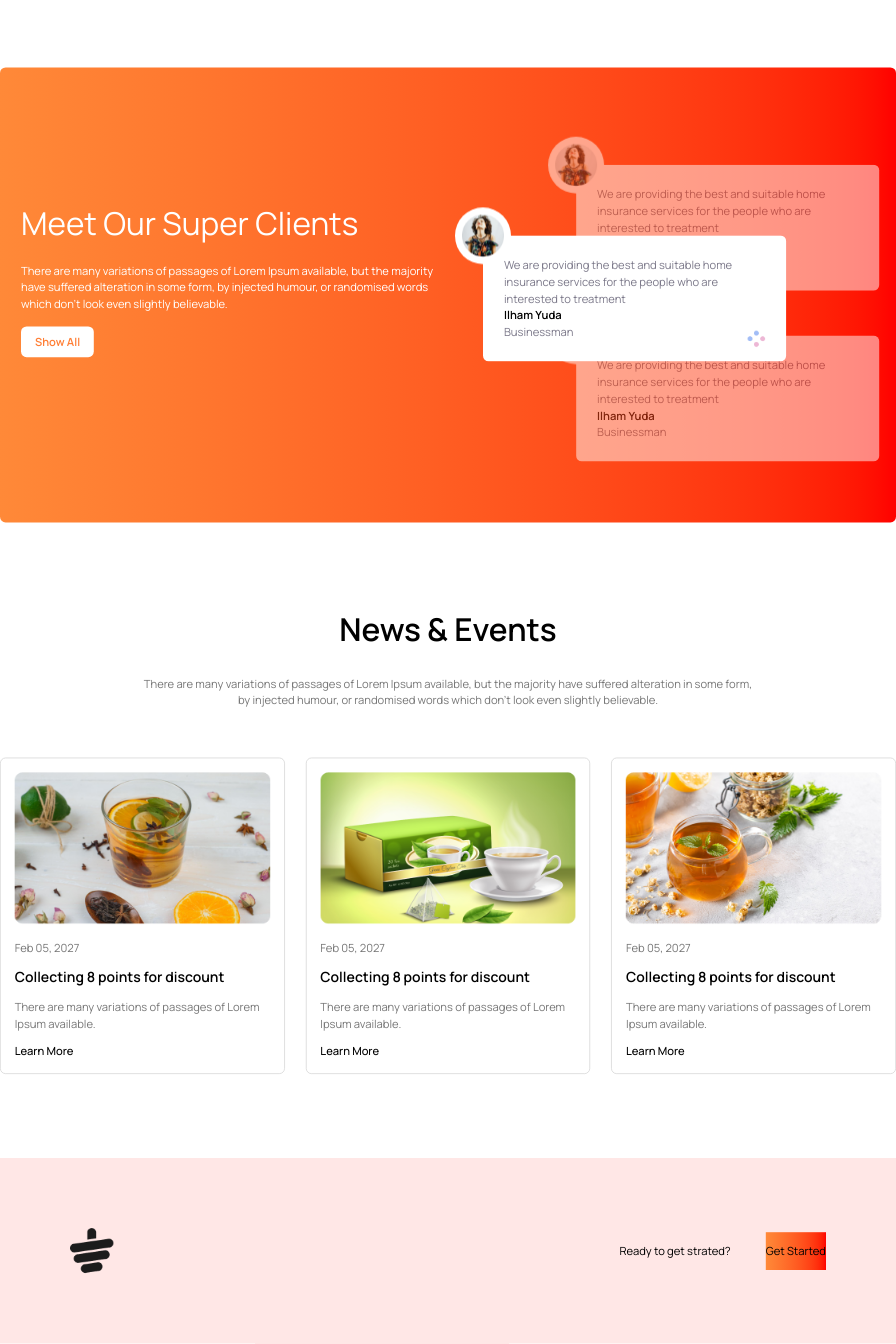
Repository: nahid-hasann/website-9
Page: index.html
The author's editor kept a copy of each file at every save. The page is drawn from the files as they stood at one save, then again after a run of saves.
The browser window is 1280 px wide. The pictures show the part of the page from y = 1955 to 3875 px (the page is 3875 px tall), at 70% of full size.
Some web libraries are served in a nearby version.

Above is the page before, as saved 2025-08-17 21:13:41.

### index.html
<!DOCTYPE html>
<html lang="en">
<head>
    <meta charset="UTF-8">
    <meta name="viewport" content="width=device-width, initial-scale=1.0">
    <title>Tea House</title>
    <script src="https://cdn.jsdelivr.net/npm/@tailwindcss/browser@4"></script>
    <link rel="stylesheet" href="style.css">
    <link rel="stylesheet" href="https://cdnjs.cloudflare.com/ajax/libs/font-awesome/7.0.0/css/all.min.css" integrity="sha512-DxV+EoADOkOygM4IR9yXP8Sb2qwgidEmeqAEmDKIOfPRQZOWbXCzLC6vjbZyy0vPisbH2SyW27+ddLVCN+OMzQ==" crossorigin="anonymous" referrerpolicy="no-referrer" />

</head>
<body class="manrope-font">

<section class="banner-main-section max-w-[1300px]  flex flex-col md:flex-row  mx-auto  justify-between items-center">
    <div class="left-div">
        <h1 class="md:text-[80px] font-semibold text-[40px]">It's good <br> tea time at The <br> Tea House</h1>
        <p class="text-[18px] text-[#777777]">Tea and Botanical Solutions Supplier Give Optimum <br> Satisfaction To Your Taste Buds.</p>
        <button class="bg-[#ff2710] text-[#fff3f1] btn-1 bg-gradient-to-r from-[#FF8938] to-[#FF0000]">Explor More <i class="fa-solid fa-arrow-right -rotate-45"></i> </button>
    </div>
    <div class="right-div relative">
        <img src="images/banner.png" alt="">
        <div class="ratting bg-[#ffffff] shadow-2xl flex gap-2 items-center w-[230px] justify-center py-[15px] absolute bottom-[25px] left-[110px] rounded-[8px]">
              <div>
                <i class="fa-solid fa-star text-yellow-500 text-[23px]"></i>
              </div>
              <div>
                <h1 class="font-bold text-[23px]">5.00</h1>
                <p class="text-[#777777]">Trust Pilot Ratings</p>
              </div>
        </div>
    </div>
</section>

<section class="featured-section max-w-[1300px]  mx-auto my-[120px]">
     <div class="futured-text">
         <h1 class="md:text-[45px] text-[30px] font-semibold text-center">Our Featured Products</h1>
         <p class="text-[16px] text-[#777777] text-center my-[20px] md:w-[900px] mx-auto">There are many variations of passages of Lorem Ipsum available, but the majority have suffered alteration in some form, by injected humour, or randomised words which don't look even slightly believable. </p>
     </div>
     <div class="product-card flex flex-col md:flex-row gap-[30px] justify-center items-center ">
        <div class="card">
             <img src="images/tea-1.png" alt="">
             <h1>Milk Tea</h1>
             <p>Creamer could be replaced by fresh milk</p>
        </div>
        <div class="card">
             <img src="images/tea-2.png" alt="">
             <h1>Black Tea</h1>
             <p>Creamer could be replaced by fresh milk</p>
        </div>
        <div class="card">
             <img src="images/tea-3.png" alt="">
             <h1>Lemon Tea</h1>
             <p>Creamer could be replaced by fresh milk</p>
        </div>
        <div class="card">
             <img src="images/tea-4.png" alt="">
             <h1>Green Tea</h1>
             <p>Creamer could be replaced by fresh milk</p>
        </div>
     </div>
</section>

<section class="great-tea-section max-w-[1300px] mx-auto mb-[120px]">
    <div class="great-tea-main-section flex flex-col justify-center items-center md:flex-row gap-[50px]">
        <div class="div-left grid grid-cols-1 md:grid-cols-2  grid-rows-3 gap-[50px] max-w-[50%] ">
             <div class="grid-layout  bg-gradient-to-r from-[#ffe7e6] to-[#fff3eb] rounded-lg"></div>
             <div class="grid-layout row-span-2 bg-[#eef1eb] p-5 flex justify-center items-center rounded-lg">
                <img src="images/fresh-2.png" alt=""></div>
             <div class="grid-layout row-span-2 bg-[#fcf6e9] p-5 flex justify-center items-center rounded-lg" >
                <img src="images/fresh-1.png" alt=""></div>
             <div class="grid-layout bg-gradient-to-r from-[#D9D9D9] to-[#FFFFFF] rounded-lg"></div>
        </div>
        <div class="div-right max-w-[50%]">
           <h1 class="text-[45px] font-semibold text-center md:text-left">Great Tea, Freshly <br> Presented</h1>
           <p class="text-[16px] text-[#777777] my-[17px] text-center md:text-left">The meaning of gong cha is chanese is to provide the best tea to emperor from all possessions . It represents the highest quality and self expectation. Establishing in 2006, Gong cha had been deeply appreciated by its custoers  because of good words of mouth and unique customized service orginated from Taiwan.</p>
           <h4 class="text-[20px ] font-semibold mb-[14px] text-center md:text-left">Unique Taste</h4>
           <p class="mb-[17px] text-[#777777] text-center md:text-left">A Unique and different style from other teapots gives a <br> luxurious and minimalist impression</p>
           <h4 class="text-[20px ] font-semibold mb-[14px] text-center md:text-left">Premium Quality</h4>
           <p class="text-[#777777] text-center md:text-left">Premium Quality that makes tea more elegant and more <br> durable when you use it.</p>
        </div>
    </div>
</section>

<section class="review-section max-w-[1300px] bg-gradient-to-r from-[#FF8938] to-[#FF0000] mx-auto p-[30px] rounded-lg mb-[120px]  md:max-h-[650px] h-[1000px]">
     <div class="review-section-main-div grid grid-cols-1 md:grid-cols-2 ">
        <div class="left-review-text md:my-[160px] my-[20px]">
         <h1 class=" text-[45px] text-white md:text-left text-center">Meet Our Super Clients</h1>
         <p class="text-[16px] text-white my-[30px] md:my-[20px] md:text-left text-center">There are many variations of passages of Lorem Ipsum available, but the majority have suffered alteration in some form, by injected humour, or randomised words which don't look even slightly believable. </p>
         <button class="btn-2 bg-white text-[#ff7d33] py-[10px] px-[20px] rounded-lg font-semibold md:ml-0 ml-[155px]"> Show All </button>
        </div>
        <div class="right-review-card relative grid items-center justify-center">
            <div class="review-card bg-white p-[30px] top-[210px]  left-[50px] md:max-w-[433px]  w-[70vw] absolute grid justify-center items-center rounded-lg z-999">
                <p class="text-[#7c798a]">We are providing the best and suitable home insurance services for the people who are interested to treatment</p>
            <h4 class="font-semibold">Ilham Yuda</h4>
            <p class="text-[#7c798a]">Businessman</p>
            <div class="review-img absolute -top-[40px] -left-[40px] bg-white p-[10px] rounded-[50%]">
                <img src="images/client.png" alt="">
            </div>
            <img src="images/circles.png" class="absolute right-[30px] bottom-[20px]" alt="">
            </div>
            <div class="review-card bg-white p-[30px] md:max-w-[433px] w-[70vw]  absolute grid justify-center items-center rounded-lg md:top-[20%] md:left-[30%] opacity-[0.5] top-[-40px] left-[100px]">
                <p class="text-[#7c798a]">We are providing the best and suitable home insurance services for the people who are interested to treatment</p>
            <h4 class="font-semibold">Ilham Yuda</h4>
            <p class="text-[#7c798a]">Businessman</p>
            <div class="review-img absolute -top-[40px] -left-[40px] bg-white p-[10px] rounded-[50%]">
                <img src="images/client.png" alt="">
            </div>
            </div>
            <div class="review-card bg-white p-[30px] md:max-w-[433px] w-[70vw]  absolute grid justify-center items-center rounded-lg md:top-[65%] md:left-[30%] opacity-[0.5] top-[310px] left-[100px]">
                <p class="text-[#7c798a]">We are providing the best and suitable home insurance services for the people who are interested to treatment</p>
            <h4 class="font-semibold">Ilham Yuda</h4>
            <p class="text-[#7c798a]">Businessman</p>
            <div class="review-img absolute -top-[40px] -left-[40px] bg-white p-[10px] rounded-[50%]">
                <img src="images/client.png" alt="">
            </div>
            </div>
        </div>
     </div>
</section>

<section class="new-events-section mb-[120px] max-w-[1300px] mx-auto">
    <h1 class="md:text-[45px] text-[30px] text-center font-semibold">News & Events</h1>
    <p class="text-[#777777] text-center mt-[30px] mb-[70px] ">There are many variations of passages of Lorem Ipsum available, but the majority have suffered alteration in some form, <br> by injected humour, or randomised words which don't look even slightly believable. </p>
    <div class="new-events-card grid grid-cols-1 md:grid-cols-3 gap-[30px] justify-center items-center md:p-0 p-[20px]">
        <div class="cards bg-[#ffffff] border border-[#D2D2D2] p-[20px]  rounded-lg">
            <img src="images/news-2.png" class="w-full" alt="">
            <p class="text-[#777777] mt-[22px]">Feb 05, 2027</p>
            <h1 class="text-[20px] font-semibold my-[15px]">Collecting 8 points for discount</h1>
            <p class="mb-[15px] text-[#777777]">There are many variations of passages of Lorem Ipsum available.</p>
            <p class="font-medium">Learn More</p>
        </div>
          <div class="cards bg-[#ffffff] border border-[#D2D2D2] p-[20px] grid grid-cols-1  justify-center items-center rounded-lg ">
            <img src="images/news-1.png" class="w-full" alt="">
            <p class="text-[#777777] mt-[22px]">Feb 05, 2027</p>
            <h1 class="text-[20px] font-semibold my-[15px]">Collecting 8 points for discount</h1>
            <p class="mb-[15px] text-[#777777]">There are many variations of passages of Lorem Ipsum available.</p>
            <p class="font-medium">Learn More</p>
        </div>
         <div class="cards bg-[#ffffff] border border-[#D2D2D2] p-[20px] grid grid-cols-1  justify-center items-center rounded-lg ">
            <img src="images/news-3.png" class="w-full" alt="">
            <p class="text-[#777777] mt-[22px]">Feb 05, 2027</p>
            <h1 class="text-[20px] font-semibold my-[15px]">Collecting 8 points for discount</h1>
            <p class="mb-[15px] text-[#777777]">There are many variations of passages of Lorem Ipsum available.</p>
            <p class="font-medium">Learn More</p>
        </div>
    </div>
</section>

<footer class="bg-[#ffe7e6] p-[100px]">
    <div class="footer-1 flex justify-between">
       <img src="images/cup.png" alt="">
        <div class="footer-right-text flex items-center justify-center gap-[50px]">
            <p>Ready to get strated?</p>
            <button class="btn-3 bg-gradient-to-r from-[#FF8938] to-[#FF0000] py-[15px]">Get Started</button>
        </div>
    </div>
</footer>





<script>
  if ('scrollRestoration' in history) {
    history.scrollRestoration = 'manual';
  }
  window.addEventListener('beforeunload', () => {
    localStorage.setItem('scrollX', String(window.scrollX));
    localStorage.setItem('scrollY', String(window.scrollY));
  });
  window.addEventListener('load', () => {
    const x = Number(localStorage.getItem('scrollX') || 0);
    const y = Number(localStorage.getItem('scrollY') || 0);
    window.scrollTo(x, y);
  });
</script>
</body>
</html>

### style.css
@import url('https://fonts.googleapis.com/css2?family=Manrope:wght@200..800&display=swap');


.manrope-font{
    font-family: "Manrope", sans-serif;
}

.banner-main-section{
    margin: 120px auto;
}

.left-div p{
    margin: 30px 0;
}

.btn-1{
    padding: 10px 22px;
    border-radius: 7px;
}

.card{
    background-color: #f8f8f8;
    display: flex;
    flex-direction: column;
    justify-content: center;
    align-items: center;
    padding: 20px 20px;
    border-radius: 7px;
    margin-top: 50px;
}

.card h1{
    font-size: 25px;
    font-weight: 600;
    margin-top: 14px;
}

.card p{
    font-size: 16px;
    color: #777777;
    text-align: center;
}

After the next 4 saves:
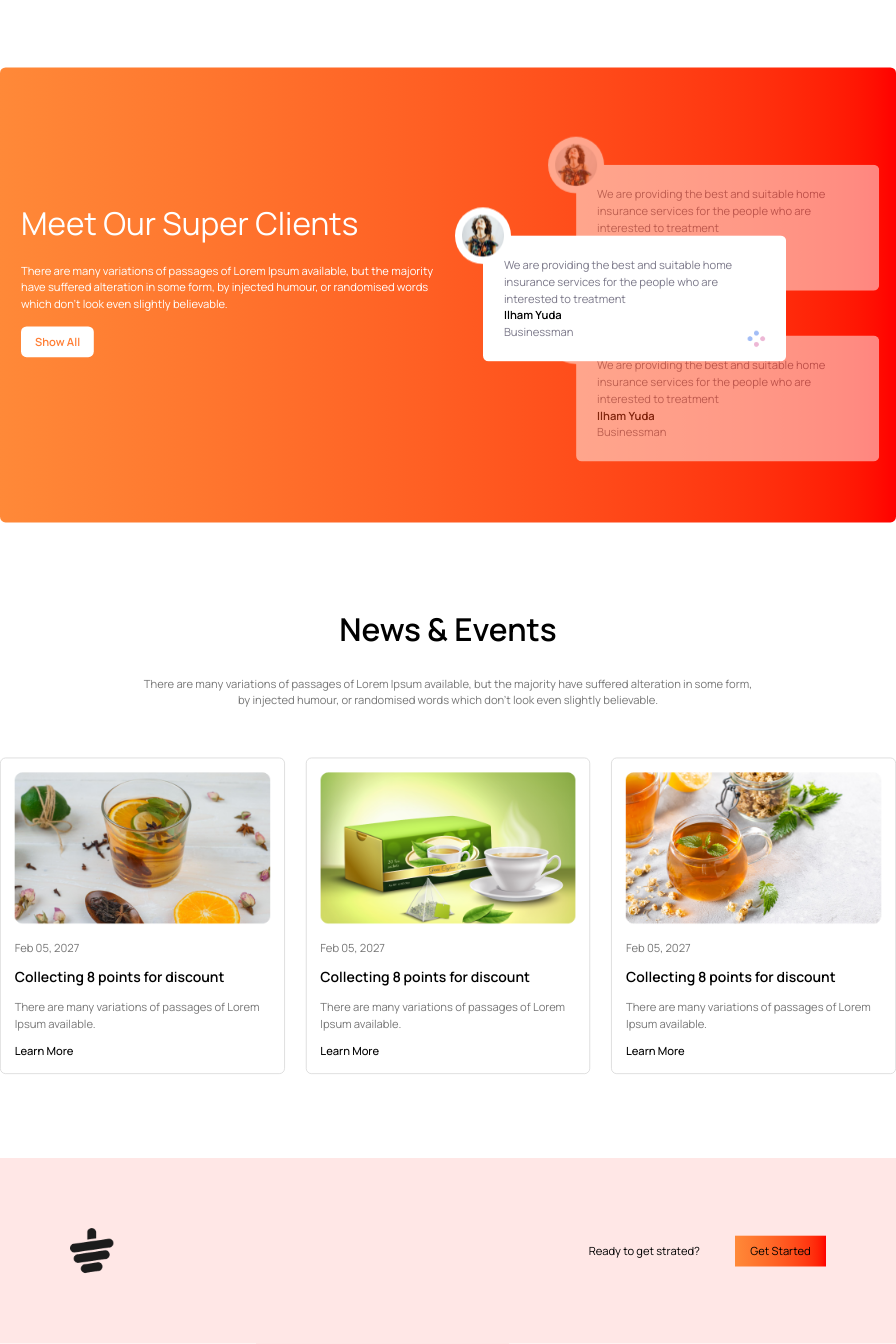
The 4 saves are shown as one change because they came seconds apart.
The last was saved 11 s later.
--- a/index.html
+++ b/index.html
@@ -151,7 +151,7 @@
        <img src="images/cup.png" alt="">
         <div class="footer-right-text flex items-center justify-center gap-[50px]">
             <p>Ready to get strated?</p>
-            <button class="btn-3 bg-gradient-to-r from-[#FF8938] to-[#FF0000] py-[15px]">Get Started</button>
+            <button class="btn-3 bg-gradient-to-r from-[#FF8938] to-[#FF0000] py-[10px] px-[22px]">Get Started</button>
         </div>
     </div>
 </footer>
